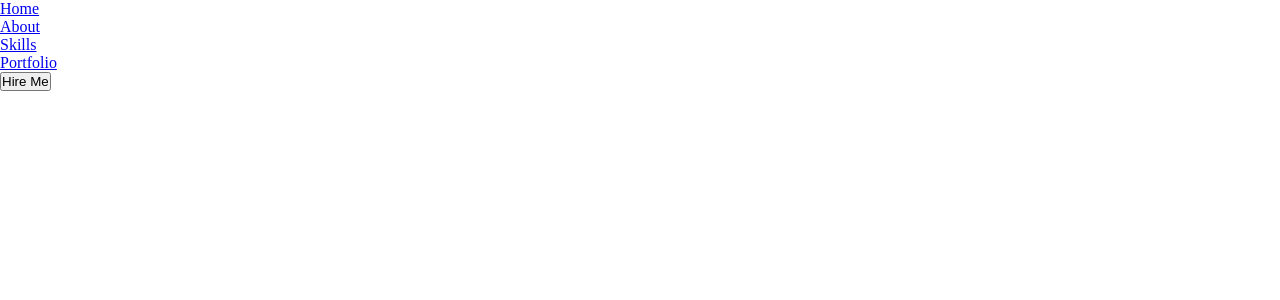
Repository: SHOHAG-NET/portfolio-v1
Page: index.html
These files come from the project's save history. The page is drawn as it stood at one moment and after the next save; the edit follows.
The browser window is 1280 px wide. The pictures show the whole page.

Above is the page before, as saved 2024-07-14 00:26:51.

### index.html
<!DOCTYPE html>
<html lang="en">
  <head>
    <meta charset="UTF-8" />
    <meta name="viewport" content="width=device-width, initial-scale=1.0" />
    <title>Shohag | Simple Responsive Portfolio</title>
    <link rel="stylesheet" href="./styles/style.css" />
  </head>
  <body>
    <header class="header">
      <nav>
        <div class="logo"></div>
        <div class="nav-links">
          <ul>
            <li><a href="#">Home</a></li>
            <li><a href="#">About</a></li>
            <li><a href="#">Skills</a></li>
            <li><a href="#">Portfolio</a></li>
          </ul>
        </div>
        <div class="hero-button">
          <button>Hire Me</button>
        </div>
      </nav>
      <div class="hero">
        <div class="hero-text"></div>
        <div class="hero-image"></div>
        <div class="hero-button"></div>
      </div>
    </header>
    <main>
      <section class="about-me"></section>
      <section class="what-i-do"></section>
      <section class="resume"></section>
    </main>
    <footer>
      <div class="footer-left-container"></div>
      <div class="footer-right-container"></div>
    </footer>
  </body>
</html>

### styles/style.css
* {
  margin: 0%;
  padding: 0%;
}

h1 {
  text-align: center;
  margin: 20px;
}

After the next save:
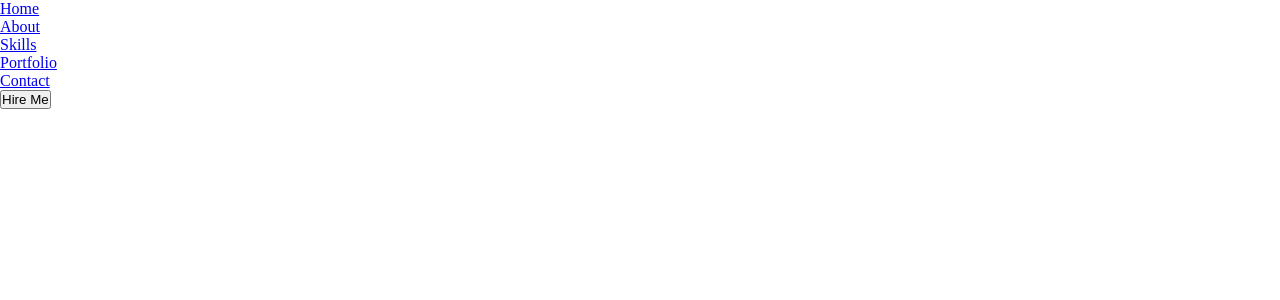
Saved 22 s later.
--- a/index.html
+++ b/index.html
@@ -16,6 +16,7 @@
             <li><a href="#">About</a></li>
             <li><a href="#">Skills</a></li>
             <li><a href="#">Portfolio</a></li>
+            <li><a href="#">Contact</a></li>
           </ul>
         </div>
         <div class="hero-button">
